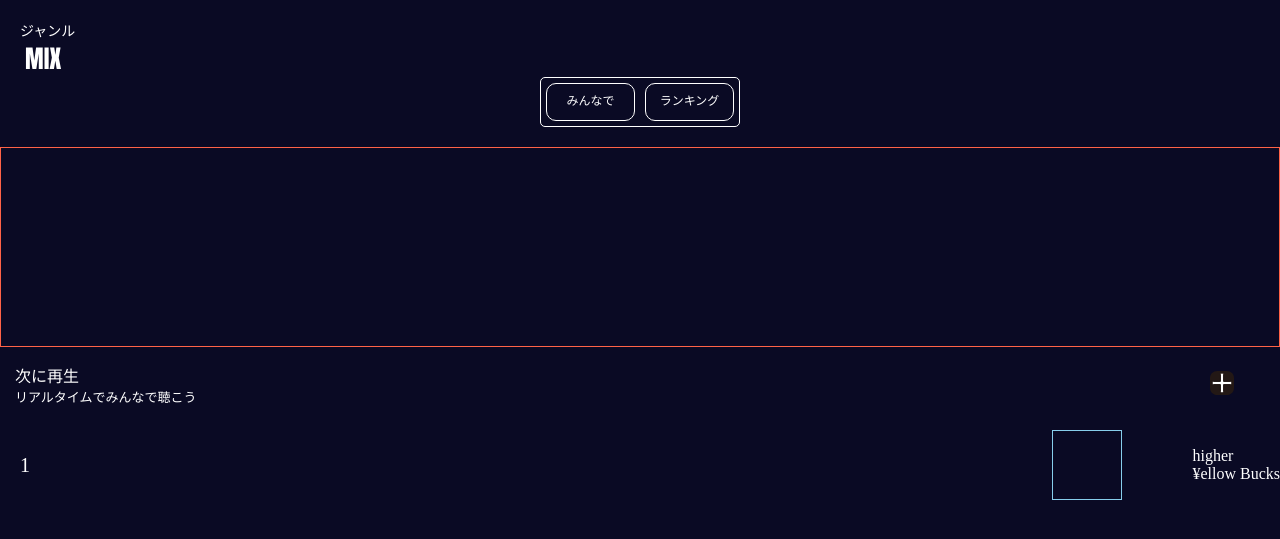
Repository: FujieRyou/2024_team
Page: /LoggedIn
An editor plug-in stored every save of this project. The page is shown before and after the next save, followed by the edit.
The browser window is 1280 px wide. The pictures show the whole page.
The project was rebuilt for these pictures with package versions that can differ from the ones it lists, and the page was loaded fresh each time. The framework's server and built-in components were replaced by stand-ins that run in the browser. Also part of the build but not shown: next.config.js.

Above is the page before, as saved 2024-01-10 11:26:40.

After the next save:
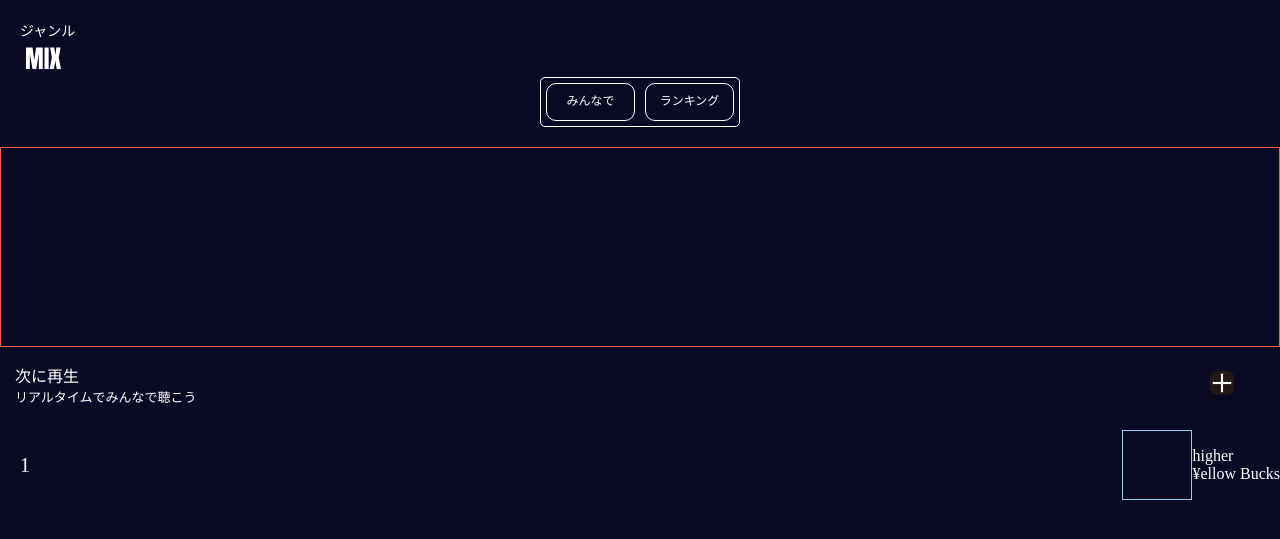
Saved 22 s later.
--- a/src/styles/index.css
+++ b/src/styles/index.css
@@ -310,7 +310,6 @@ h2{
 
 #song_wrap{
     display: flex;
-    gap: 70px;
     justify-content: center;
     align-items: center;
 }
